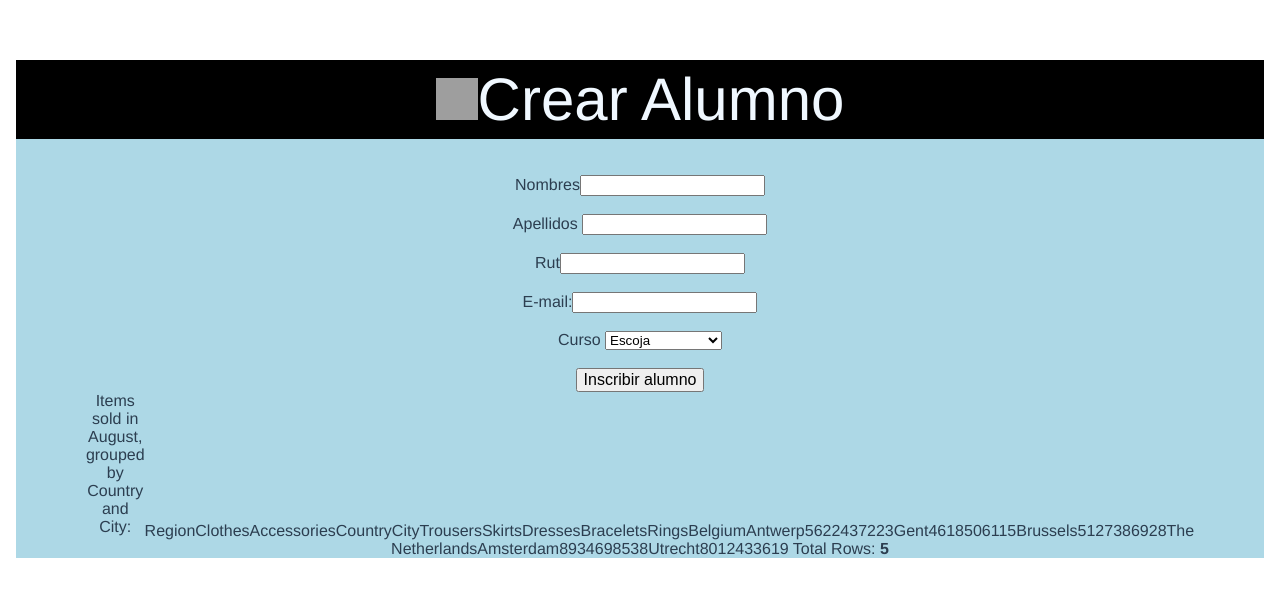
Repository: franciscamanquecheo/Tarea6ET
Page: / (app in my-project/)
An editor plug-in stored every save of this project. The page is shown before and after the next save, followed by the edit.
The browser window is 1280 px wide. The pictures show the whole page.
Pictures or frames that could not be fetched are drawn as grey boxes. The project was rebuilt for these pictures with package versions that can differ from the ones it lists, and the page was loaded fresh each time. Also part of the build but not shown: my-project/vue.config.js.

Above is the page before, as saved 2022-06-19 23:35:47.

After the next save:
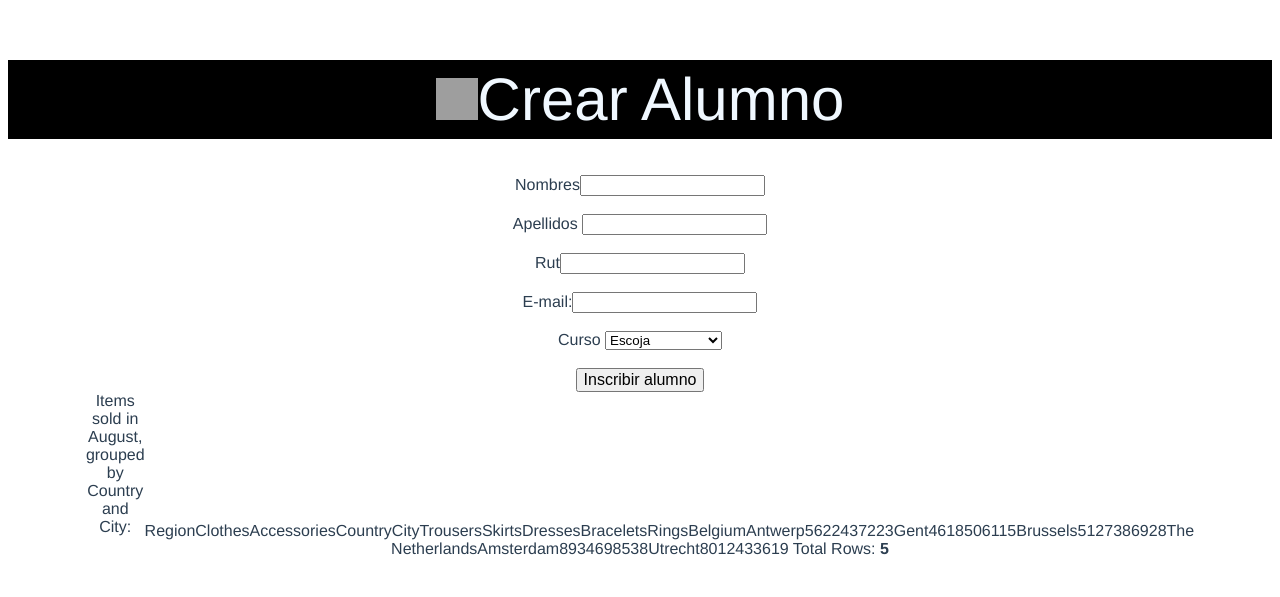
Saved 30 s later.
--- a/my-project/src/components/HelloWorld.vue
+++ b/my-project/src/components/HelloWorld.vue
@@ -39,7 +39,9 @@
           <button type="submit" class="btn btn-primary">Inscribir alumno</button>
 
       </form>
-     <b-table-simple hover small caption-top responsive>
+
+  </body>
+  <b-table-simple hover small caption-top responsive>
   <caption>
     Items sold in August, grouped by Country and City:
   </caption>
@@ -123,7 +125,6 @@
   </b-tfoot>
 </b-table-simple>
 
-  </body>
 </template>
 
 <script>
